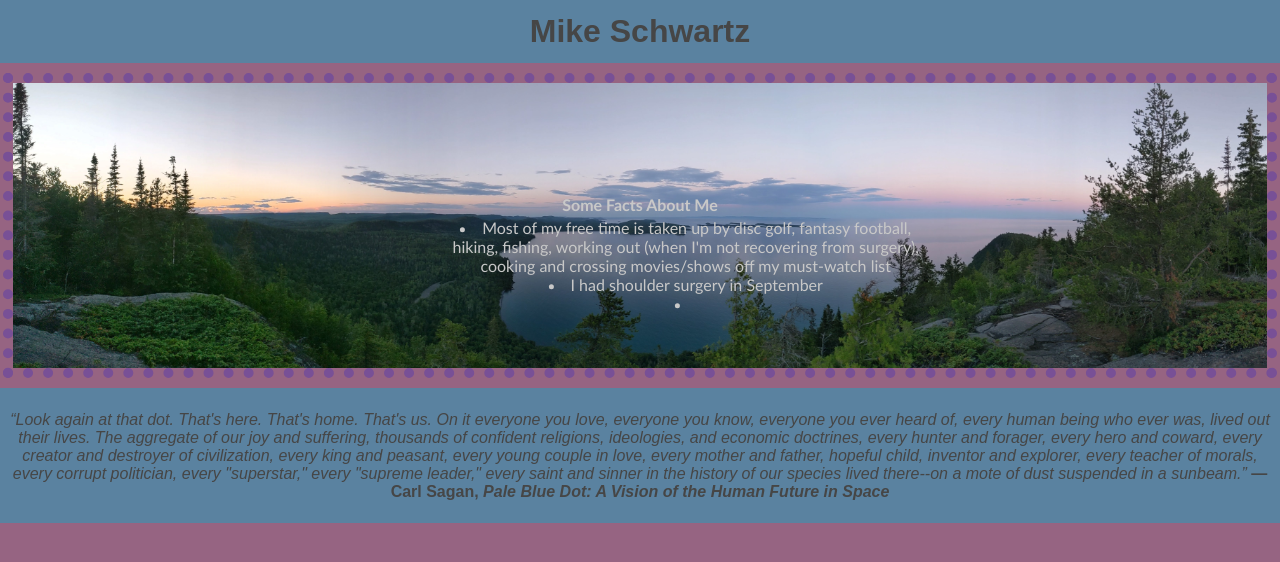
Repository: Ellusionism/prime-pw-week-1-assignment
Page: assignment/index.html
An editor plug-in stored every save of this project. The page is shown before and after the next save, followed by the edit.
The browser window is 1280 px wide. The pictures show the whole page.

Above is the page before, as saved 2022-10-26 17:14:58.

After the next save:
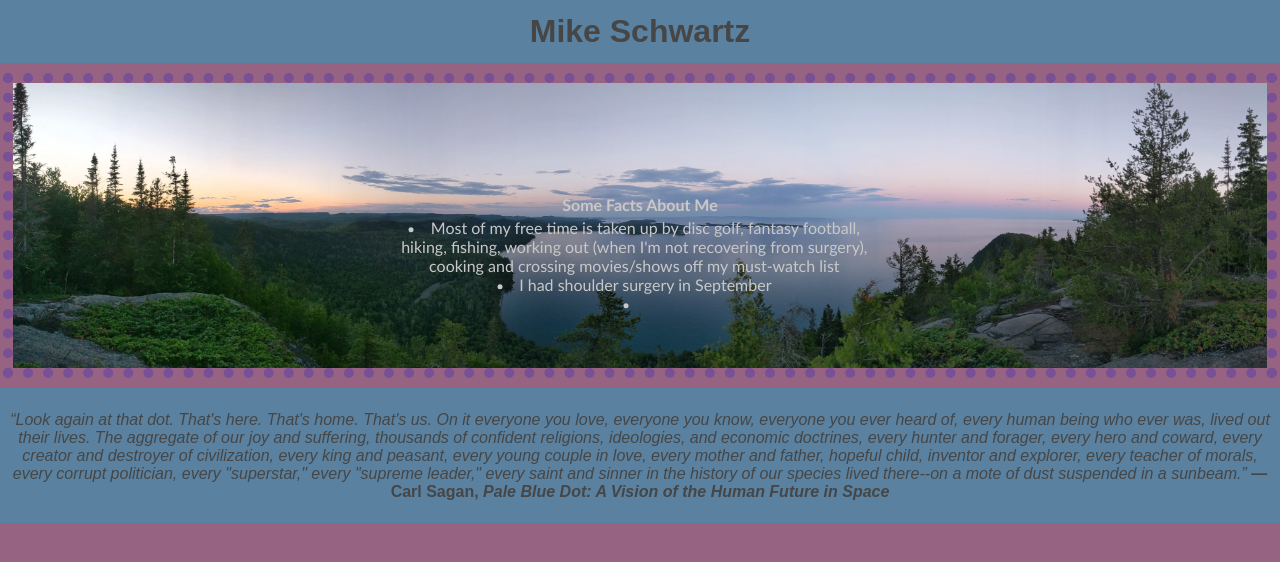
Saved 4 s later.
--- a/assignment/style.css
+++ b/assignment/style.css
@@ -60,7 +60,7 @@ header {
  top: 50%;
  left: 50%;
  max-width: 37%;
- transform: translate(-45%, -25%);
+ transform: translate(-55%, -25%);
  list-style-position: inside;
 }
 
